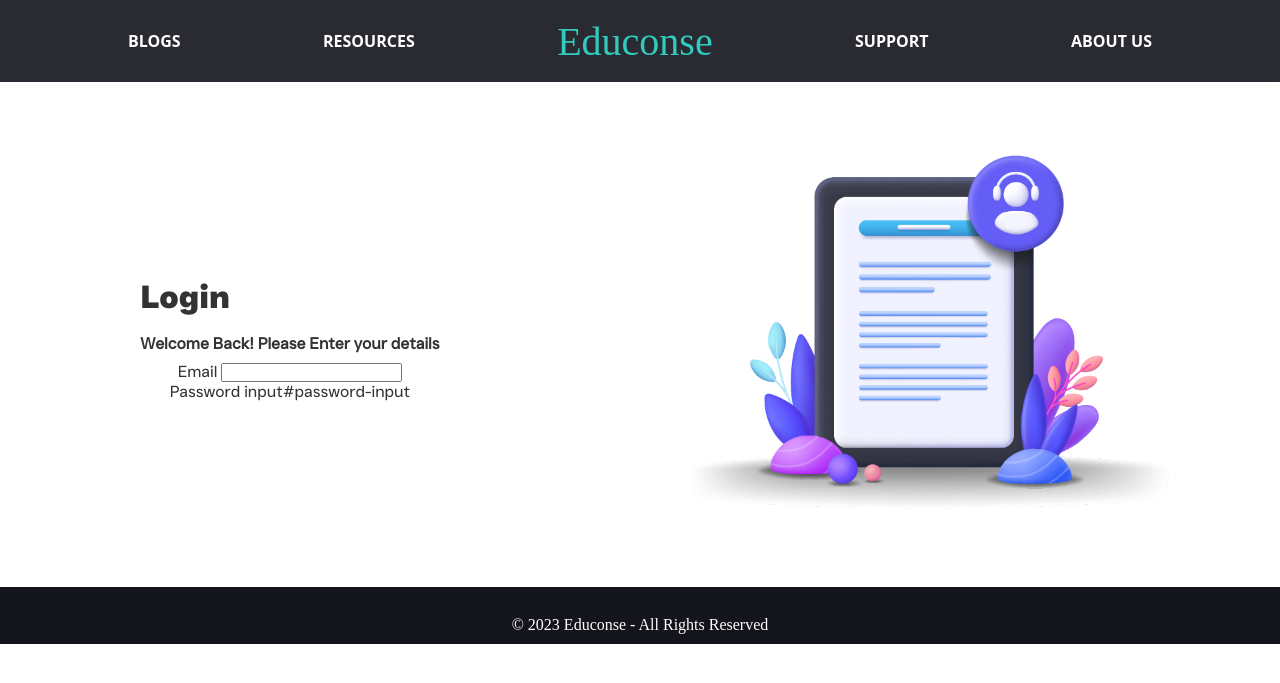
Repository: devajay07/educonse
Page: pages/login.html
These files come from the project's save history. The page is drawn as it stood at one moment and after a run of saves; the edit follows.
The browser window is 1280 px wide. The pictures show the whole page.

Above is the page before, as saved 2023-10-15 02:11:21.

### pages/login.html
<!DOCTYPE html>
<html lang="en">

<head>
  <meta charset="UTF-8" />
  <meta name="viewport" content="width=device-width, initial-scale=1.0" />
  <title>Document</title>

  <script src="https://code.jquery.com/jquery-3.7.0.js"></script>
  <link rel="stylesheet" href="/css/header.css" />
  <link rel="stylesheet" href="/css/login.css" />
</head>

<body>
  <header id="header"></header>
  <main>
    <div class="login-panel">
      <div class="left-section">
        <div class="top">
          <h1 class="heading">Login</h1>
          <h2 class="sub-heading">Welcome Back! Please Enter your details</h2>
        </div>
        <div class="email">
          <label for="email-input">Email</label>
          <input type="email" name="email-input" id="email-input" />
        </div>
        <div class="password">
          <label for="password-input">Password</label>
          input#password-input

        </div>
      </div>
      <div class="right-section">

        <img src="/images/login1.png" alt="Login Image" id="login-img">
      </div>
    </div>
  </main>
  <footer>
    <div class="footer-2">&copy; 2023 Educonse - All Rights Reserved</div>
  </footer>
  <script>
    $(document).ready(function () {
      $("#header").load("/pages/header.html");
    });
  </script>
</body>

</html>

### css/header.css
@import url("https://cdnjs.cloudflare.com/ajax/libs/font-awesome/6.4.2/css/all.min.css");
* {
  padding: 0;
  margin: 0;
  box-sizing: border-box;
}
@font-face {
  font-family: "brand-bold";
  src: url("/fonts/brand-bold.otf") format("opentype");
  font-weight: normal;
  font-style: normal;
}
@font-face {
  font-family: "brand-reg";
  src: url("/fonts/brand-regular.otf") format("opentype");
  font-weight: normal;
  font-style: normal;
}

:root {
  --brand-color: hsla(291, 60%, 34%, 1);
  --hookers-green: hsla(174, 17%, 46%, 1);
  --white: hsla(0, 0%, 100%, 1);
  --poppy: hsla(356, 74%, 52%, 1);
  --black: hsla(60, 1%, 14%, 1);
  --beige: #f5f5dc;

  --brand-bold: "brand-bold", sans-serif;
  --brand-reg: "brand-reg", sans-serif;
  --universal-margin: 1rem 8rem;
  --section-margin: 1rem;
  --footer-bg: rgb(20, 21, 28);
}

body {
  background-color: white;
  color: #333; /* A light version of black */
}

.nav-container {
  display: flex;
  align-items: center;
  justify-content: space-between;
  width: 100%;
  margin: var(--universal-margin);
  height: 50px;
}
.nav-container .nav-item {
  font-family: system-ui, -apple-system, BlinkMacSystemFont, "Segoe UI", Roboto,
    Oxygen, Ubuntu, Cantarell, "Open Sans", "Helvetica Neue", sans-serif;
  color: var(--white);
  font-weight: bolder;
}

nav {
  display: flex;
  justify-content: space-between;
  align-items: center;
  background-color: var(--footer-bg);
  opacity: 0.9;
  color: white;
}

nav .brand {
  font-size: 40px;
  color: var(--brand-color);
  font-family: var(--brand-font);
}

nav a {
  text-decoration: none;
  color: white;
}

footer {
  display: flex;
  flex-direction: column;
}
.footer-1 {
  display: flex;
  justify-content: space-evenly;
}
.footer-1 .customer-service > div {
  padding: 0.2rem;
}
.footer-1 h1 {
  font-size: 1.2rem;
  font-family: var(--brand-font);
  margin-bottom: 0.5rem;
}
.footer-1 p {
  font-size: 0.8rem;
  opacity: 0.6;
  color: #f0e8e8;
  padding: 0.3rem;
  font-family: var(--brand-reg);
}
.footer-1 .heading{
  padding-bottom: 1rem;
  font-family: var(--brand-bold);
}


.footer-1 span {
  font-size: 0.8rem;
  margin: 0.4rem;
}

.footer-1 a {
  color: #f0f0ea;
  text-decoration: none;
}
.footer-1 .reach-us {
  display: flex;
  align-items: center;
  flex-direction: column;
}

.reach-us iframe{
  border-radius: 8px;
}

.footer-2{
  padding-top: 1.2rem;
}

.text {
  color: white;
  font-size: 20px;
  position: absolute;
  top: 50%;
  left: 50%;
  transform: translate(-50%, -50%);
  -ms-transform: translate(-50%, -50%);
  white-space: nowrap;
}

@charset "UTF-8";

.svg-inline--fa {
  vertical-align: -0.2em;
}

.rounded-social-buttons {
  text-align: center;
}

.rounded-social-buttons .social-button {
  display: inline-block;
  position: relative;
  cursor: pointer;
  width: 3.125rem;
  height: 3.125rem;
  border: 0.125rem solid transparent;
  padding: 0;
  text-decoration: none;
  text-align: center;
  color: #fefefe;
  font-size: 1.5625rem;
  font-weight: normal;
  line-height: 2em;
  border-radius: 1.6875rem;
  transition: all 0.5s ease;
  margin-right: 0.25rem;
  margin-bottom: 0.25rem;
}

.rounded-social-buttons .social-button:hover,
.rounded-social-buttons .social-button:focus {
  -webkit-transform: rotate(360deg);
  -ms-transform: rotate(360deg);
  transform: rotate(360deg);
}

.rounded-social-buttons .fa-twitter,
.fa-facebook-f,
.fa-linkedin,
.fa-youtube,
.fa-instagram {
  font-size: 25px;
}

.rounded-social-buttons .social-button.facebook {
  background: #3b5998;
}

.rounded-social-buttons .social-button.facebook:hover,
.rounded-social-buttons .social-button.facebook:focus {
  color: #3b5998;
  background: #fefefe;
  border-color: #3b5998;
}

.rounded-social-buttons .social-button.twitter {
  background: #55acee;
}

.rounded-social-buttons .social-button.twitter:hover,
.rounded-social-buttons .social-button.twitter:focus {
  color: #55acee;
  background: #fefefe;
  border-color: #55acee;
}

.rounded-social-buttons .social-button.linkedin {
  background: #007bb5;
}

.rounded-social-buttons .social-button.linkedin:hover,
.rounded-social-buttons .social-button.linkedin:focus {
  color: #007bb5;
  background: #fefefe;
  border-color: #007bb5;
}

.rounded-social-buttons .social-button.youtube {
  background: #bb0000;
}

.rounded-social-buttons .social-button.youtube:hover,
.rounded-social-buttons .social-button.youtube:focus {
  color: #bb0000;
  background: #fefefe;
  border-color: #bb0000;
}

.rounded-social-buttons .social-button.instagram {
  background: #125688;
}

.rounded-social-buttons .social-button.instagram:hover,
.rounded-social-buttons .social-button.instagram:focus {
  color: #125688;
  background: #fefefe;
  border-color: #125688;
}

footer {
  background-color: var(--footer-bg);
  color: white;
  text-align: center;
  padding: 10px 0;
}

### css/login.css
@import url("/css/global.css");
main .login-panel{
  display: flex;
  justify-content: center;
  background-color: var(--white);
  font-family: var(--brand-reg);
}

.left-section{
  width: 800px;
  display: flex;
  flex-direction: column;
  justify-content: center;
  align-items:center;
  font-family: var(--brand-reg );

}

.top{

}

.heading{
  font-family: var(--brand-bold);
  font-size: 2rem;
  padding: 0.5rem;
}

.sub-heading{
  font-family: var(--brand-reg);
  font-size: 1rem;
  padding: 0.5rem;
}
#login-img{
  width: 700px;
  height:500px;
  object-fit: contain;
}

### css/global.css
@import url("https://cdnjs.cloudflare.com/ajax/libs/font-awesome/6.4.2/css/all.min.css");
* {
  padding: 0;
  margin: 0;
  box-sizing: border-box;
}
@font-face {
  font-family: "brand-bold";
  src: url("/fonts/brand-bold.otf") format("opentype");
  font-weight: normal;
  font-style: normal;
}
@font-face {
  font-family: "brand-reg";
  src: url("/fonts/brand-regular.otf") format("opentype");
  font-weight: normal;
  font-style: normal;
}

:root {
  --brand-color: rgb(26, 198, 181);
  --hookers-green: hsla(174, 17%, 46%, 1);
  --white: hsla(0, 0%, 100%, 1);
  --poppy: hsla(356, 74%, 52%, 1);
  --black: hsla(60, 1%, 14%, 1);
  --beige: #f5f5dc;

  --brand-bold: "brand-bold", sans-serif;
  --brand-reg: "brand-reg", sans-serif;
  --universal-margin: 1rem 8rem;
  --section-margin: 1rem;
  --footer-bg: rgb(20, 21, 28);
}

### pages/header.html
<nav>
  <div class="nav-container">
    <div class="nav-item">BLOGS</div>
    <div class="nav-item">RESOURCES</div>
    <div class="brand">Educonse</div>
    <div class="nav-item">SUPPORT</div>
    <div class="nav-item">ABOUT US</div>
  </div>
</nav>

After the next 2 saves:
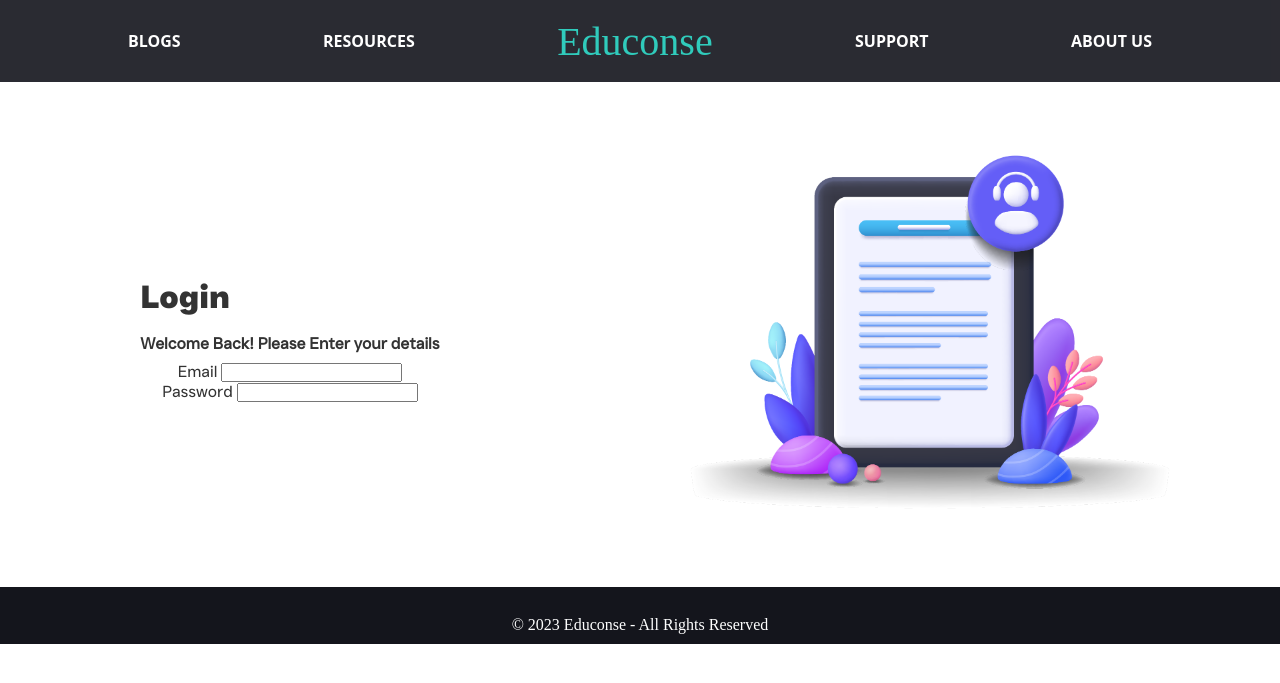
The 2 saves are shown as one change because they came seconds apart.
The last was saved 9 s later.
--- a/pages/login.html
+++ b/pages/login.html
@@ -26,7 +26,7 @@
         </div>
         <div class="password">
           <label for="password-input">Password</label>
-          input#password-input
+          <input type="email" id="password-input">
 
         </div>
       </div>
